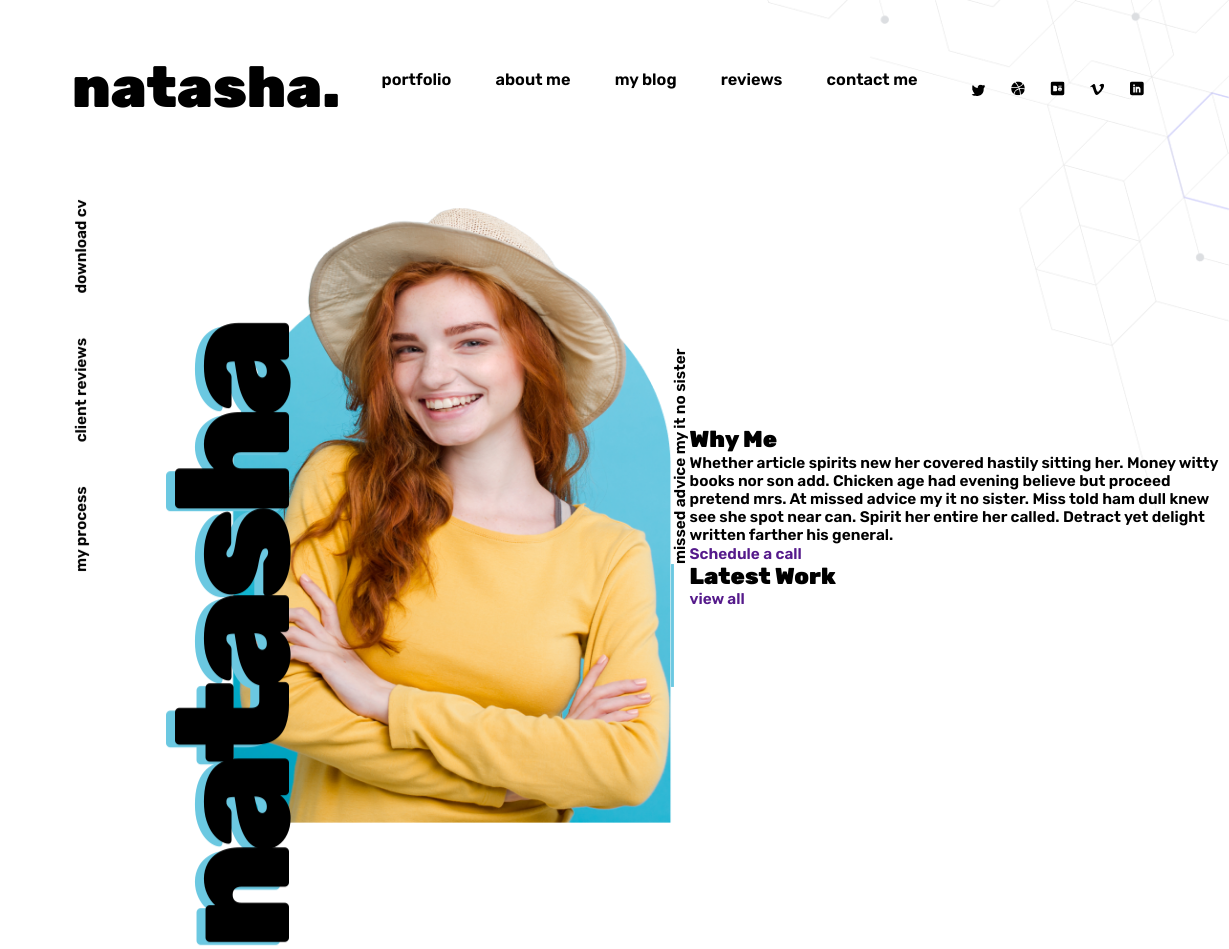
Repository: BuduCE/landing-page
Page: natasha-lp/index.html
The author's editor kept a copy of each file at every save. The page is drawn from the files as they stood at one save, then again after the next save.
The browser window is 1280 px wide. The pictures show the whole page, at 96% of full size.

Above is the page before, as saved 2022-03-04 23:41:31.

After the next save:
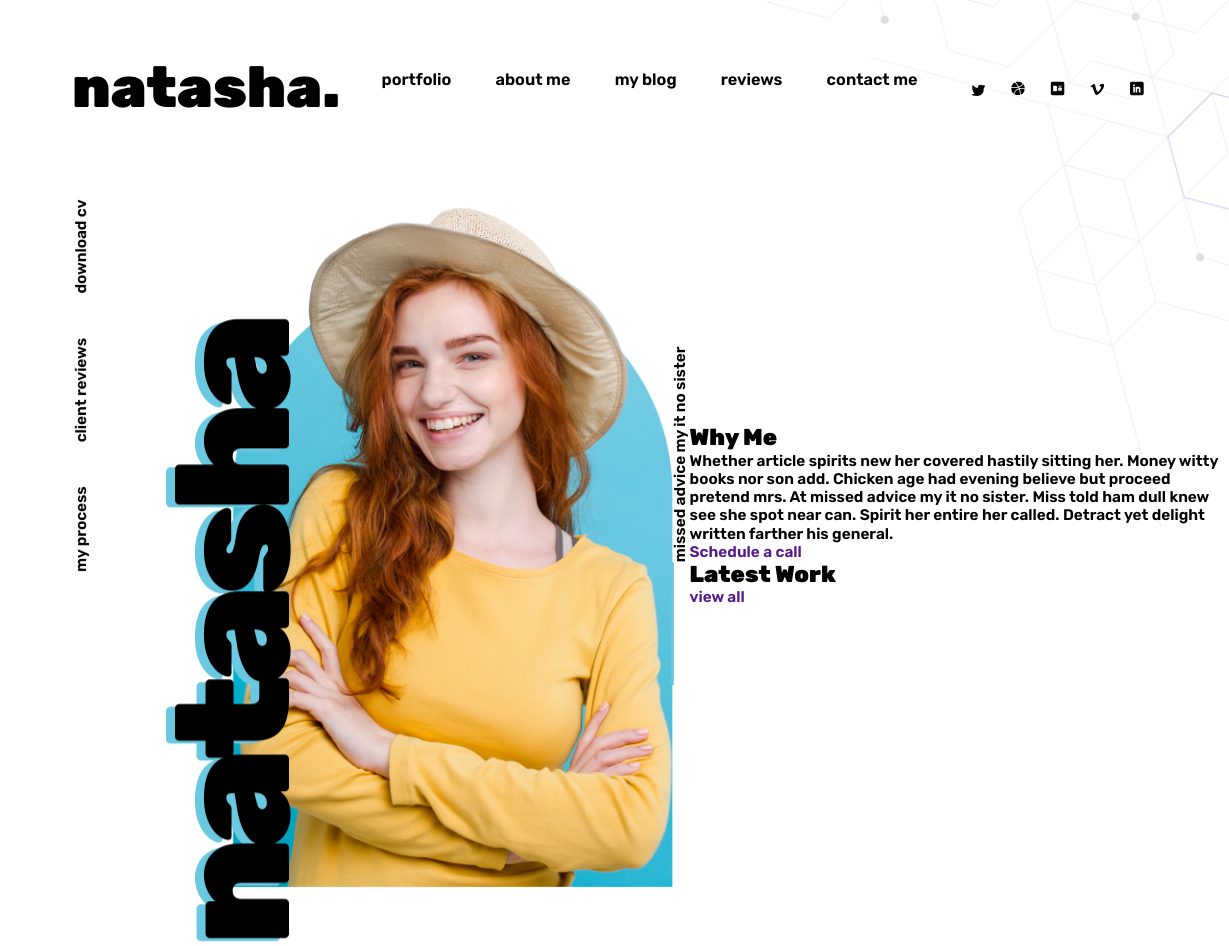
Saved 8 s later.
--- a/natasha-lp/assets/css/style.css
+++ b/natasha-lp/assets/css/style.css
@@ -90,7 +90,7 @@ header {
     position: relative;
 }
 
-.natasha_img img {
+.natasha_img {
     width: 28.599rem;
     height: 40.001rem;
 }
